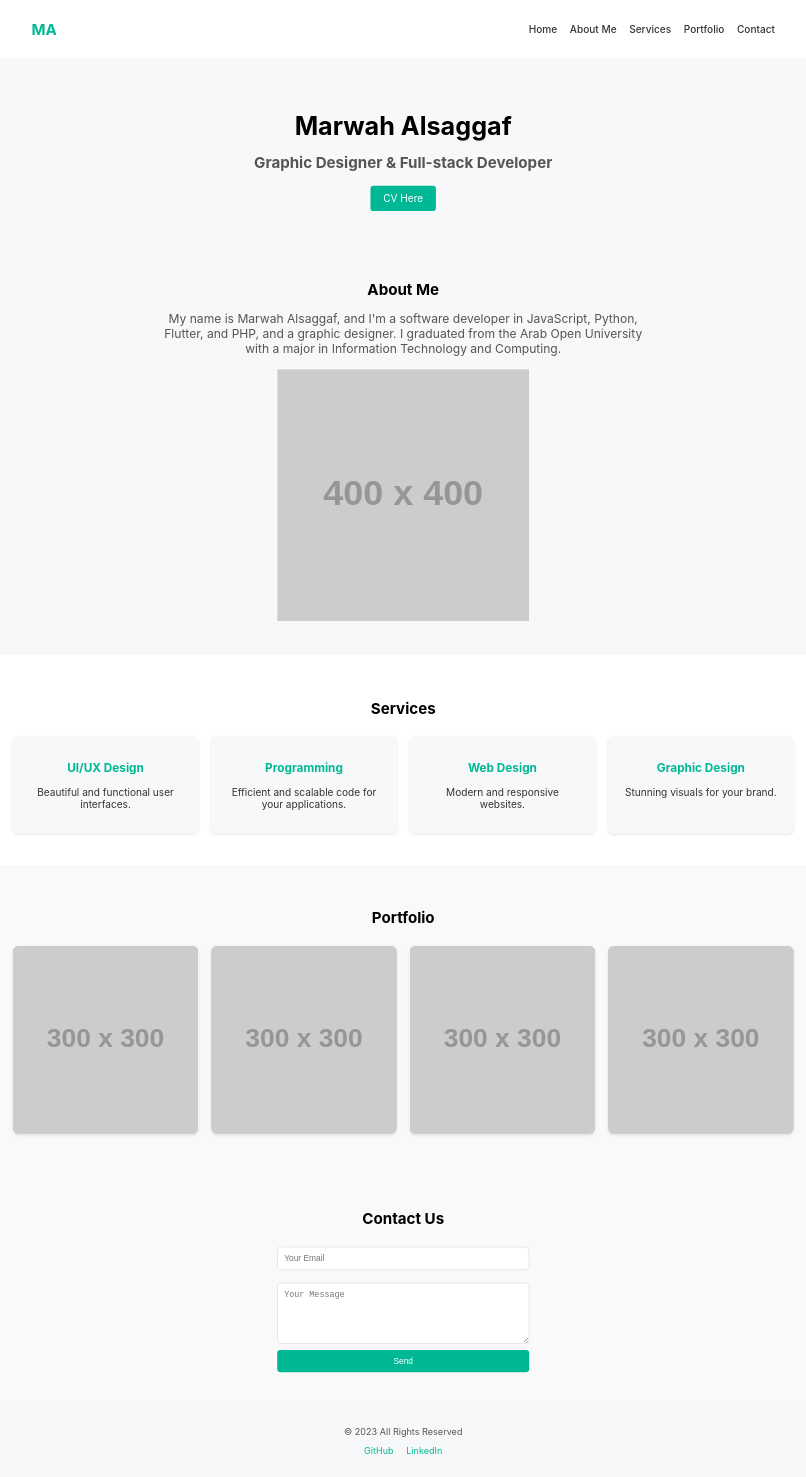
Repository: MEROO1010/Portfolio_00
Page: /services (app in portfolio_00/)
These files come from the project's save history. The page is drawn as it stood at one moment and after the next save; the edit follows.
The browser window is 1280 px wide. The pictures show the whole page, at 63% of full size.
The project was rebuilt for these pictures with package versions that can differ from the ones it lists, and the page was loaded fresh each time.

Above is the page before, as saved 2024-11-24 11:22:46.

After the next save:
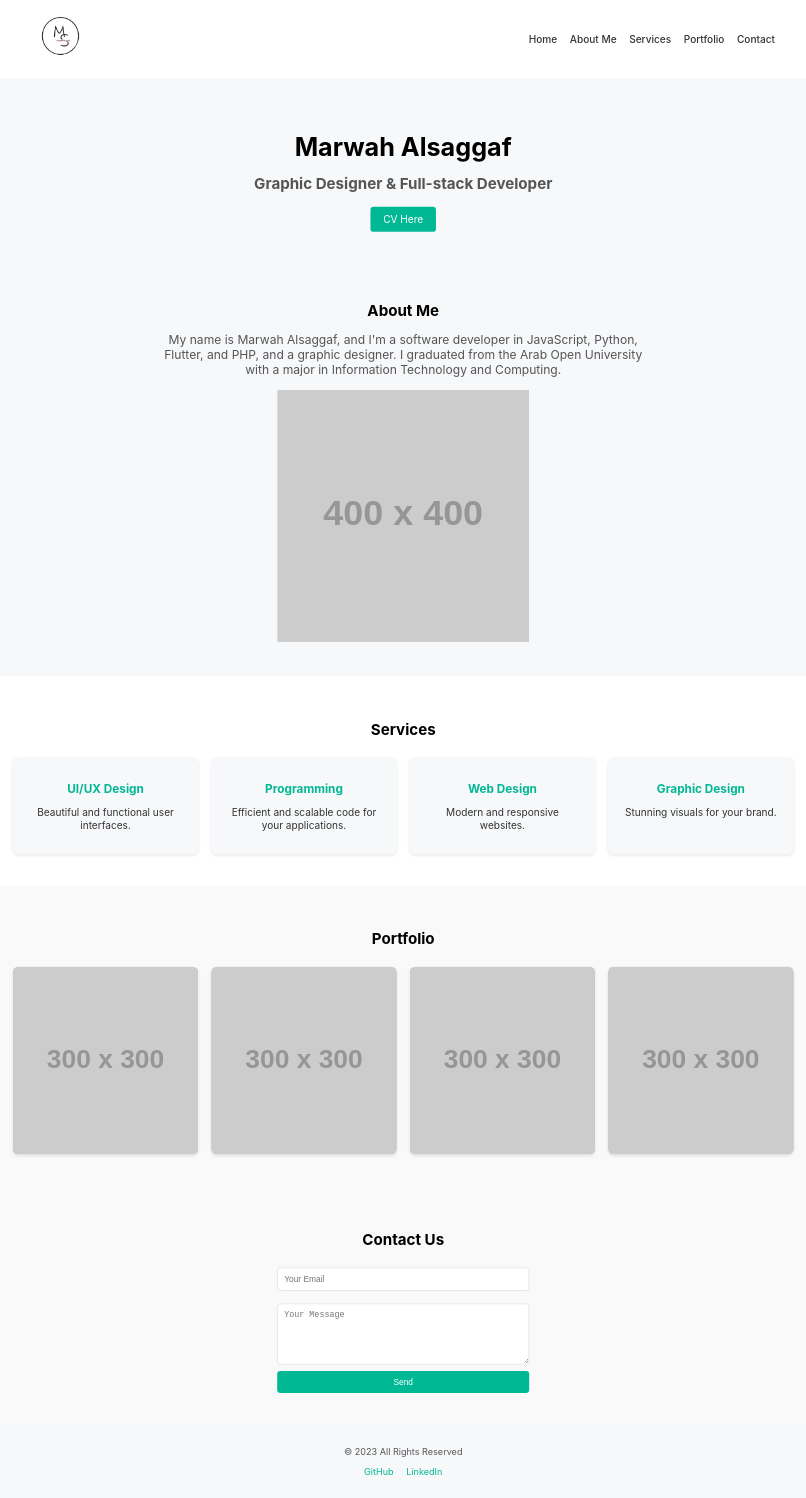
Saved 3 min 24 s later.
--- a/portfolio_00/src/components/Header.jsx
+++ b/portfolio_00/src/components/Header.jsx
@@ -1,5 +1,6 @@
 import React from 'react';
 import styled from 'styled-components';
+import ImageLogo from '../assets/white_logo.png';
 
 const HeaderContainer = styled.header`
   display: flex;
@@ -36,7 +37,7 @@ const Nav = styled.nav`
 export default function Header() {
   return (
     <HeaderContainer>
-      <Logo>MA</Logo>
+      <Logo><img src={ImageLogo} alt="Description of image" /></Logo>
       <Nav>
         <ul>
           <li>Home</li>
